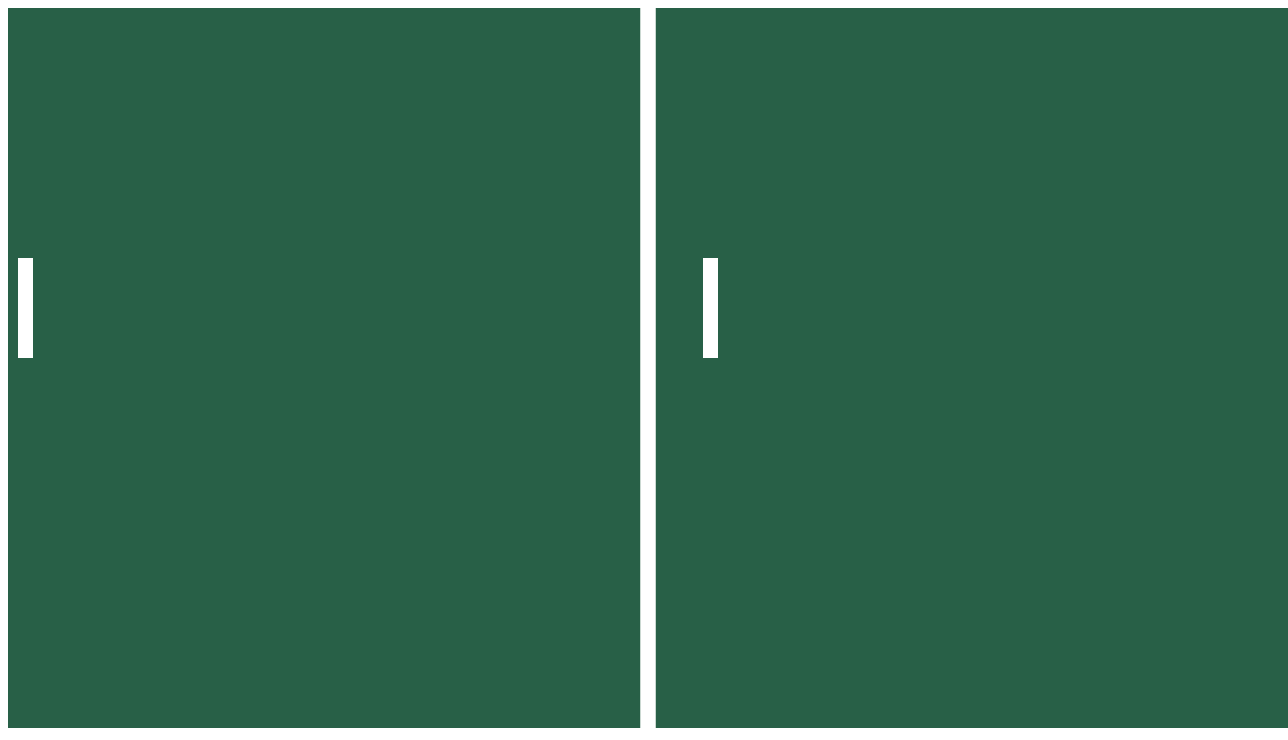
Repository: luizgaivaa/Game
Page: index.html
These files come from the project's save history. The page is drawn as it stood at one moment and after a run of saves; the edit follows.
The browser window is 1280 px wide. The page is 1288 px wide, so the pictures cover 1288 px, including what lies to the right of the window. The pictures show the whole page.

Above is the page before, as saved 2024-03-26 16:12:32.

After the next 2 saves:
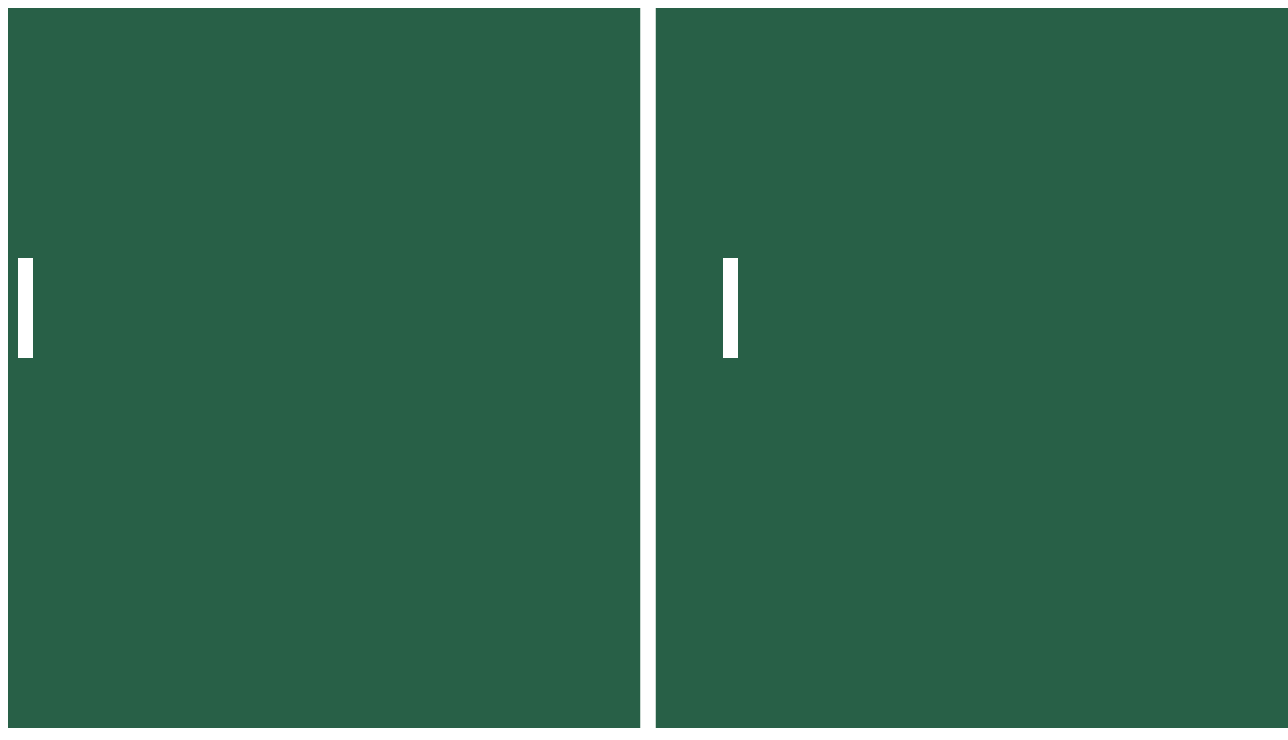
The 2 saves are shown as one change because they came seconds apart.
The last was saved 15 s later.
--- a/index.html
+++ b/index.html
@@ -32,7 +32,7 @@
             canvasCtx.fillRect(10,250,lineWidth,100)
 
             //raquete direita
-            canvasCtx.fillRect(window.innerHeight - lineWidth - 10, 250, lineWidth, 100)
+            canvasCtx.fillRect(window.innerHeight - lineWidth + 10, 250, lineWidth, 100)
             canvasCtx.fillRect(x,y,w,h)
 
 
